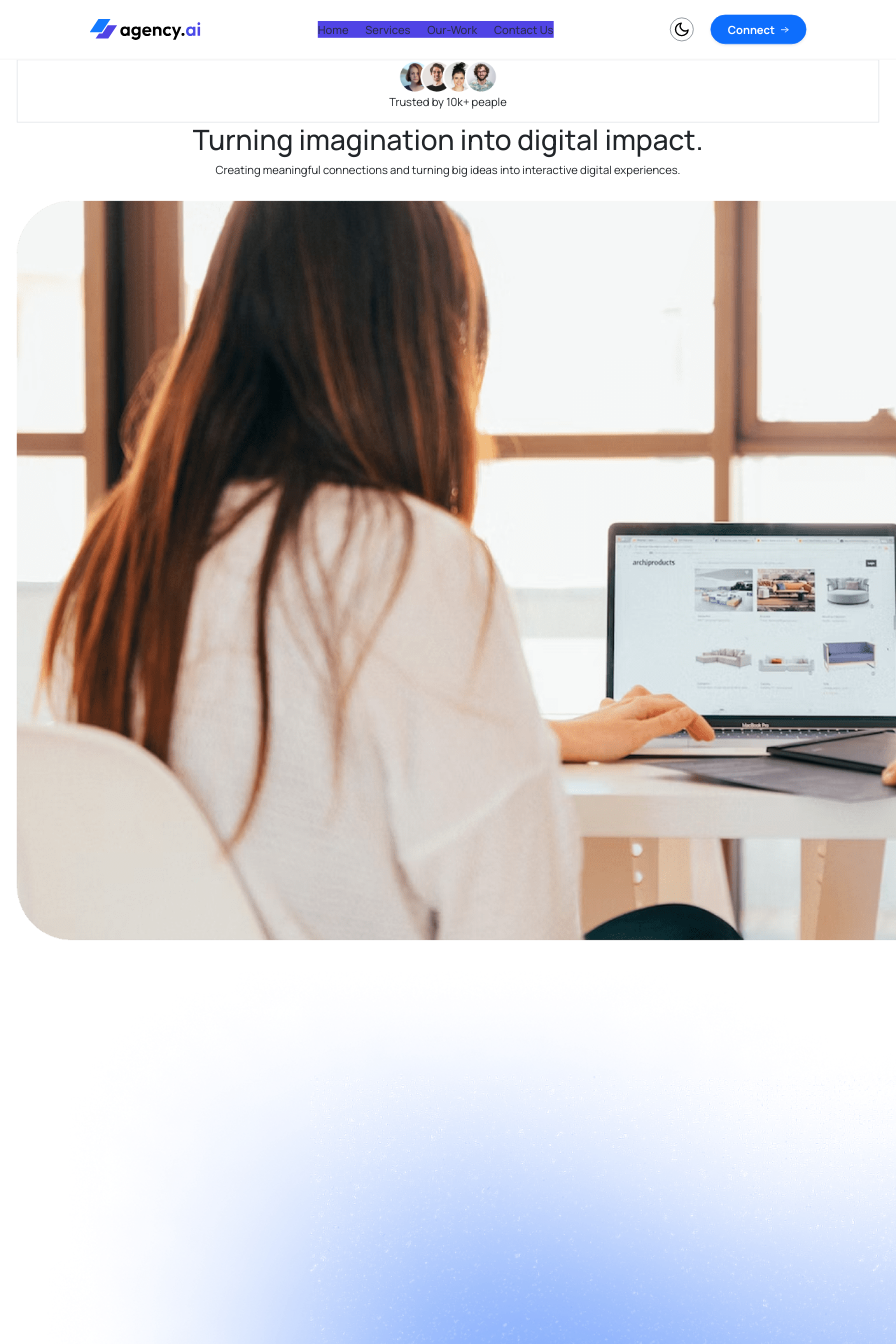
Repository: RAMADAN975/modern-agency-portfolio
Page: /
The author's editor kept a copy of each file at every save. The page is drawn from the files as they stood at one save, then again after the next save.
The browser window is 1280 px wide. The pictures show the part of the page from y = 0 to 1920 px (the page is 2758 px tall before and 1702 px after), at 70% of full size.
The project was rebuilt for these pictures with package versions that can differ from the ones it lists, and the page was loaded fresh each time. Also part of the build but not shown: vite.config.js.

Above is the page before, as saved 2026-03-23 21:13:34.

### index.html
<!doctype html>
<html lang="en">

<head>
  <meta charset="UTF-8" />
  <link rel="icon" type="image/svg+xml" href="/favicon.svg" />
  <meta name="viewport" content="width=device-width, initial-scale=1.0" />
  <title>Agency.AI - GreatStack</title>
</head>

<body>
  <div id="root"></div>
  <script type="module" src="/src/main.jsx"></script>
</body>

</html>

### src/main.jsx
import { StrictMode } from 'react'
import { createRoot } from 'react-dom/client'
import 'bootstrap/dist/css/bootstrap.min.css';
import './index.css'
import App from './App.jsx'

createRoot(document.getElementById('root')).render(
  <StrictMode>
    <App />
  </StrictMode>,
)

### src/index.css
/* 1. الخطوط والأساسيات */
@import url('https://fonts.googleapis.com/css2?family=Josefin+Sans:wght@400;600&family=Manrope:wght@400;500;700&display=swap');

* {
  font-family: "Manrope", sans-serif;
  transition: background-color 0.3s ease, color 0.3s ease;
}

/* 2. تنسيق الـ Navbar العام */
.nav-container {
  padding-left: 5%;
  padding-right: 5%;
  height: 85px;
}

.blur-nav {
  backdrop-filter: blur(15px);
  -webkit-backdrop-filter: blur(15px);
  border-bottom: 1px solid rgba(150, 150, 150, 0.1);
}

/* ألوان الخلفية حسب الثيم (بوتستراب 5.3) */
[data-bs-theme="light"] .blur-nav {
  background-color: rgba(255, 255, 255, 0.85);
}

[data-bs-theme="dark"] .blur-nav {
  background-color: rgba(17, 24, 39, 0.85);
}

/* 3. اللوجو والروابط */
.logo-img {
  width: 8.5rem;
}

@media (min-width: 576px) {
  .logo-img {
    width: 10rem;
  }

  .nav-container {
    padding-left: 10%;
    padding-right: 10%;
  }
}

.nav-link-custom {
  font-weight: 500;
  opacity: 0.8;
  transition: 0.2s;
}

.nav-link-custom:hover {
  opacity: 1;
  color: #5044E5 !important;
}

/* 4. القائمة الجانبية للموبايل (Mobile Sidebar) */
@media (max-width: 575.98px) {
  .mobile-sidebar {
    position: fixed;
    top: 0;
    bottom: 0;
    right: 0;
    height: 100vh;
    z-index: 1050;
    background-color: #5044E5;
    /* لون الـ Primary */
    color: white !important;
    transition: width 0.4s cubic-bezier(0.4, 0, 0.2, 1);
    display: flex;
    flex-direction: column;
    padding-top: 6rem;
  }

  .sidebar-closed {
    width: 0;
    overflow: hidden;
    opacity: 0;
  }

  .sidebar-open {
    width: 260px;
    padding-left: 2.5rem;
    opacity: 1;
  }

  .mobile-sidebar a {
    color: white !important;
    font-size: 1.2rem;
  }
}

### src/App.jsx
import React, { useState } from 'react'
import Navbar from './Components/navbar'
import Hero from './Components/Hero'

const App = () => {

  const [theme, setTheme] = useState(localStorage.getItem('theme') ? localStorage.getItem('theme') : 'light')

  return (
    <div className='dark:bg-black relative'>
      <Navbar theme={theme} setTheme={setTheme} />
      <Hero />
    </div>
  )
}

export default App

### src/Components/navbar.jsx
import { useState } from 'react'
import assets from '../assets/assets'
import ThemeToggleBtn from './ThemeToggleBtn'

const Navbar = ({ theme, setTheme }) => {
    const [sidebarOpen, setSidebarOpen] = useState(false)

    return (
        <nav className="d-flex justify-content-between align-items-center w-100 sticky-top z-3 blur-nav nav-container">

            {/* اللوجو */}
            <img
                src={theme === 'dark' ? assets.logo_dark : assets.logo}
                className="logo-img"
                alt="Logo"
            />

            {/* القائمة (الروابط) - تتحول لـ Sidebar في الموبايل */}
            <div className={`d-flex flex-column flex-sm-row gap-3 gap-sm-4 align-items-sm-center mobile-sidebar ${!sidebarOpen ? 'sidebar-closed' : 'sidebar-open'}`}>

                {/* زر الإغلاق في الموبايل فقط */}
                <img
                    src={assets.close_icon}
                    alt="close"
                    className="d-sm-none position-absolute"
                    style={{ width: '20px', right: '20px', top: '20px', cursor: 'pointer' }}
                    onClick={() => setSidebarOpen(false)}
                />

                <a onClick={() => setSidebarOpen(false)} href="#" className="text-decoration-none text-reset nav-link-custom">Home</a>
                <a onClick={() => setSidebarOpen(false)} href="#services" className="text-decoration-none text-reset nav-link-custom">Services</a>
                <a onClick={() => setSidebarOpen(false)} href="#our-work" className="text-decoration-none text-reset nav-link-custom">Our-Work</a>
                <a onClick={() => setSidebarOpen(false)} href="#contact-us" className="text-decoration-none text-reset nav-link-custom">Contact Us</a>
            </div>

            {/* الأزرار اليمنى (Toggle + Connect) */}
            <div className="d-flex align-items-center gap-2 gap-sm-4">
                <ThemeToggleBtn theme={theme} setTheme={setTheme} />

                {/* أيقونة المنيو للموبايل */}
                <img
                    src={theme === 'dark' ? assets.menu_icon_dark : assets.menu_icon}
                    alt="menu"
                    onClick={() => setSidebarOpen(true)}
                    className="d-sm-none"
                    style={{ width: '30px', cursor: 'pointer' }}
                />

                <a href="#contact-us" className="btn btn-primary rounded-pill d-none d-sm-flex align-items-center gap-2 px-4 py-2 shadow-sm fw-bold">
                    Connect <img src={assets.arrow_icon} width={12} alt="" />
                </a>
            </div>
        </nav>
    )
}

export default Navbar

### src/Components/Hero.jsx
import React from 'react'
import assets from '../assets/assets'

const Hero = () => {
    return (
        <div id='hero' className='flex flex-col items-center gap-6 py-20 px-4 sm:px-12 lg:px-24 xl:px-40 text-center w-full overflow-hidden text-gray-700 dak:text-white'>

            <div className='inline-flex items-center gap-2 border border-gray-300 p-1.5 pr-4 rounded-full'>
                <img className='w-20' src={assets.group_profile} alt="" />
                <p className='text-us font-medium'>Trusted by 10k+ peaple</p>
            </div>

            <h1>Turning imagination into <span className='bg-gradient-to-r from-[#5044Es] to-[#4d8cea] bg-clip-text'>digital</span> impact. </h1>

            <p className='text-sm sm:text-lg font-medium text-gray-500 dark:text-white/75 max-w-4/5 sm:max-w-lg pb-3'>Creating meaningful connections and turning big ideas into interactive digital experiences.</p>

            <div className='relative'>
                <img src={assets.hero_img} alt="" className='w-full max-w-6xl' />
                <img src={assets.bgImage1} alt="" className='absolute top-40 -right-40 sm:-top-100 sm:-right-70 -z-1 dark:hidden' />
            </div>

        </div>
    )
}

export default Hero

### src/assets/assets.js
import logo from './logo.svg'
import arrow_icon from './arrow_icon.svg'
import group_profile from './group_profile.png'
import bgImage1 from './bgImage1.png'
import bgImage2 from './bgImage2.png'
import hero_img from './hero_img.png'
import microsoft_logo from './microsoft_logo.png'
import zoom_logo from './zoom_logo.png'
import rakuten_logo from './rakuten_logo.png'
import coinbase_logo from './coinbase_logo.png'
import ads_icon from './ads_icon.svg'
import content_icon from './content_icon.svg'
import marketing_icon from './marketing_icon.svg'
import social_icon from './social_icon.svg'
import menu_icon from './menu_icon.svg'
import close_icon from './close_icon.svg'
import work_mobile_app from './work_mobile_app.png'
import work_fitness_app from './work_fitness_app.png'
import work_dashboard_management from './work_dashboard_management.png'
import email_icon from './email_icon.svg'
import person_icon from './person_icon.svg'
import facebook_icon from './facebook_icon.svg'
import twitter_icon from './twitter_icon.svg'
import instagram_icon from './instagram_icon.svg'
import linkedin_icon from './linkedin_icon.svg'
import logo_dark from './logo_dark.svg'
import airbnb_logo from './airbnb_logo.svg'
import google_logo from './google_logo.svg'
import menu_icon_dark from './menu_icon_dark.svg'
import sun_icon from './sun_icon.svg'
import moon_icon from './moon_icon.svg'


export const company_logos = [
  microsoft_logo,
  zoom_logo,
  rakuten_logo,
  coinbase_logo,
  airbnb_logo,
  google_logo,
]

const assets = {
  logo,
  arrow_icon,
  group_profile,
  bgImage1,
  bgImage2,
  hero_img,
  ads_icon,
  content_icon,
  marketing_icon,
  social_icon,
  menu_icon,
  close_icon,
  work_mobile_app,
  work_fitness_app,
  work_dashboard_management,
  email_icon,
  person_icon,
  facebook_icon,
  twitter_icon,
  instagram_icon,
  linkedin_icon,
  logo_dark,
  menu_icon_dark,
  sun_icon,
  moon_icon
}

export default assets

export const teamData = [
  { name: 'Haley Carter', title: 'CEO & founder', image: 'https://images.unsplash.com/photo-1633332755192-727a05c4013d?q=80&w=200' },
  { name: 'James Walker', title: 'Ads manager', image: 'https://images.unsplash.com/photo-1535713875002-d1d0cf377fde?q=80&w=200' },
  { name: 'Jessica Morgan', title: 'Vice president', image: 'https://images.unsplash.com/photo-1438761681033-6461ffad8d80?q=80&w=200&h=200&auto=format&fit=crop' },
  { name: 'Ashley Bennett', title: 'Marketing & sales', image: 'https://randomuser.me/api/portraits/women/10.jpg' },
  { name: 'Emily Parker', title: 'Content marketer', image: 'https://randomuser.me/api/portraits/women/11.jpg' },
  { name: 'Ryan Mitchell', title: 'Content writer', image: 'https://randomuser.me/api/portraits/men/9.jpg' },
  { name: 'Megan Brooks', title: 'Performance manager', image: 'https://randomuser.me/api/portraits/women/12.jpg' },
  { name: 'Amber Foster', title: 'Senior writer', image: 'https://randomuser.me/api/portraits/women/14.jpg' },
]

### src/Components/ThemeToggleBtn.jsx
import { useEffect } from 'react'
import assets from '../assets/assets'

const ThemeToggleBtn = ({ theme, setTheme }) => {

    useEffect(() => {
        // التحقق من التفضيل المحفوظ أو تفضيل النظام
        const savedTheme = localStorage.getItem('theme');
        const prefersDarkMode = window.matchMedia('(prefers-color-scheme: dark)').matches;

        const initialTheme = savedTheme || (prefersDarkMode ? 'dark' : 'light');
        setTheme(initialTheme);
    }, []);

    useEffect(() => {
        if (theme) {
            // بوتستراب v5.3 يعتمد على سمة data-bs-theme بدلاً من كلاس dark
            document.documentElement.setAttribute('data-bs-theme', theme);

            // للحفاظ على التوافق مع أي تنسيقات قديمة تعتمد على الكلاس
            if (theme === 'dark') {
                document.documentElement.classList.add('dark');
            } else {
                document.documentElement.classList.remove('dark');
            }

            localStorage.setItem('theme', theme);
        }
    }, [theme]);

    return (
        <button className="btn p-0 border-0 shadow-none" type="button">
            {theme === 'dark' ? (
                <img
                    onClick={() => setTheme('light')}
                    src={assets.sun_icon}
                    className="border border-secondary rounded-circle p-1"
                    style={{ width: '34px', height: '34px', objectFit: 'contain' }}
                    alt="Light Mode"
                />
            ) : (
                <img
                    onClick={() => setTheme('dark')}
                    src={assets.moon_icon}
                    className="border border-secondary rounded-circle p-1"
                    style={{ width: '34px', height: '34px', objectFit: 'contain' }}
                    alt="Dark Mode"
                />
            )}
        </button>
    )
}

export default ThemeToggleBtn;

After the next save:
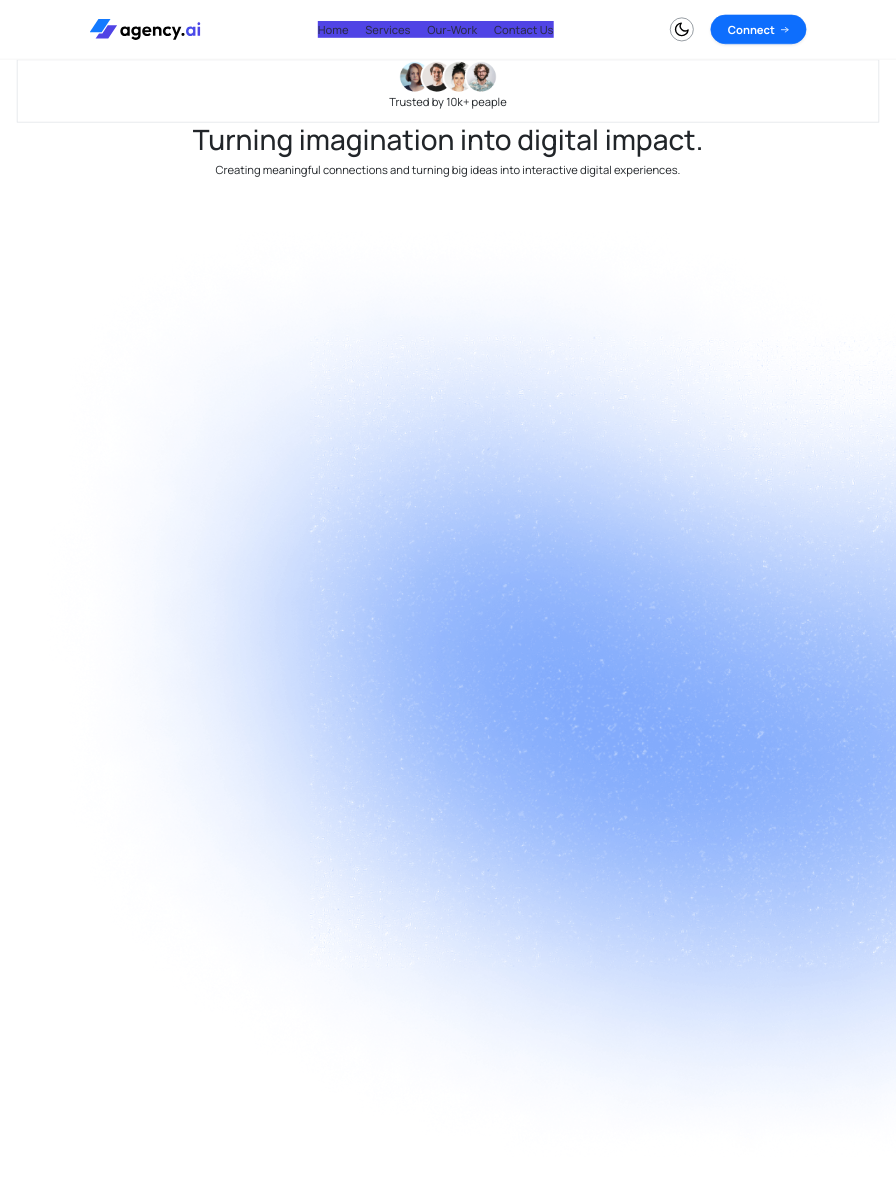
Saved 69 s later.
--- a/src/Components/Hero.jsx
+++ b/src/Components/Hero.jsx
@@ -15,7 +15,7 @@
             <p className='text-sm sm:text-lg font-medium text-gray-500 dark:text-white/75 max-w-4/5 sm:max-w-lg pb-3'>Creating meaningful connections and turning big ideas into interactive digital experiences.</p>
 
             <div className='relative'>
-                <img src={assets.hero_img} alt="" className='w-full max-w-6xl' />
+                {/* <img src={assets.hero_img} alt="" className='w-full max-w-6xl' /> */}
                 <img src={assets.bgImage1} alt="" className='absolute top-40 -right-40 sm:-top-100 sm:-right-70 -z-1 dark:hidden' />
             </div>
 

After the save that followed:
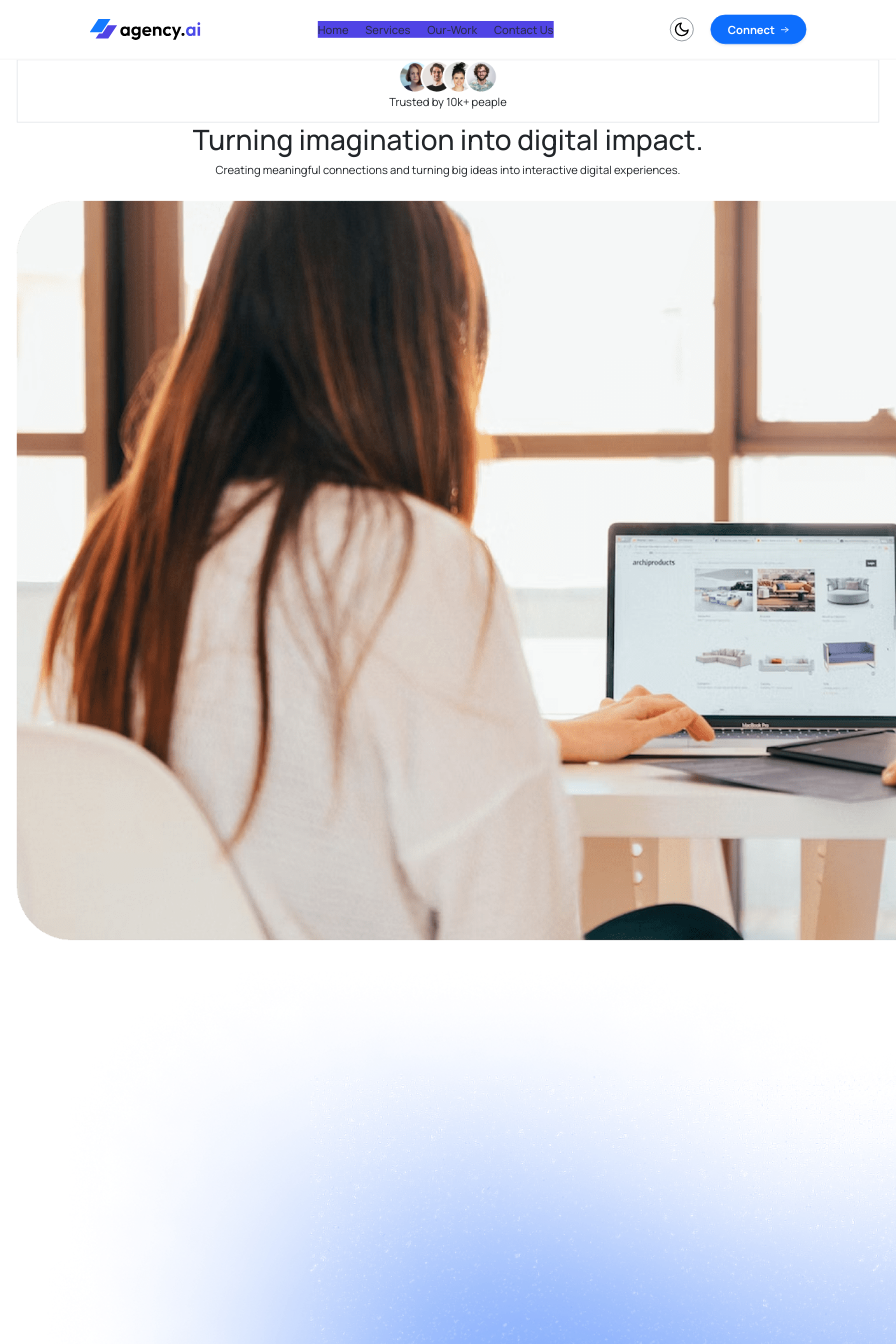
Saved 10 s later.
--- a/src/Components/Hero.jsx
+++ b/src/Components/Hero.jsx
@@ -15,7 +15,7 @@
             <p className='text-sm sm:text-lg font-medium text-gray-500 dark:text-white/75 max-w-4/5 sm:max-w-lg pb-3'>Creating meaningful connections and turning big ideas into interactive digital experiences.</p>
 
             <div className='relative'>
-                {/* <img src={assets.hero_img} alt="" className='w-full max-w-6xl' /> */}
+                <img src={assets.hero_img} alt="" className='w-full max-w-6xl' />
                 <img src={assets.bgImage1} alt="" className='absolute top-40 -right-40 sm:-top-100 sm:-right-70 -z-1 dark:hidden' />
             </div>
 
